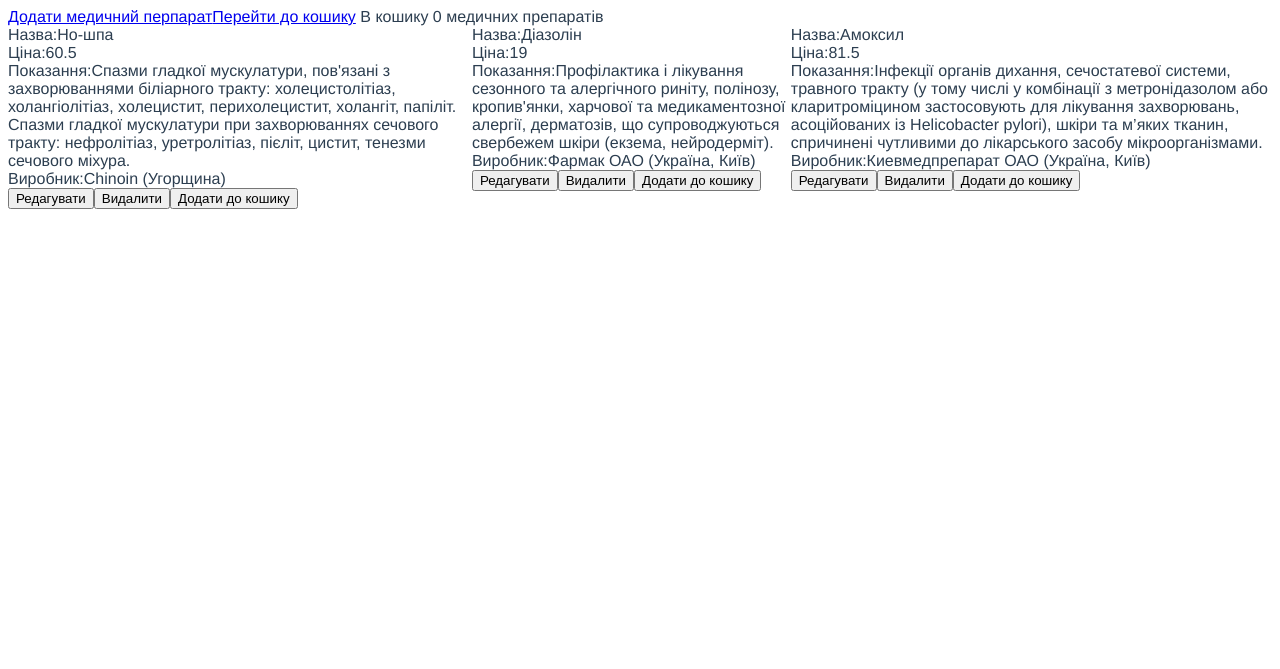
Repository: kristinap8/pharmacy
Page: /
The author's editor kept a copy of each file at every save. The page is drawn from the files as they stood at one save, then again after the next save.
The browser window is 1280 px wide. The pictures show the whole page.
The project was rebuilt for these pictures with package versions that can differ from the ones it lists, and the page was loaded fresh each time. Also part of the build but not shown: src/components/AddMedicineForm/index.vue, src/pages/AddMedicine/index.vue, src/components/EditMedicineForm/index.vue, src/pages/EditMedicine/index.vue, src/components/CartForm/index.vue, src/pages/Cart/index.vue.

Above is the page before, as saved 2020-12-10 01:21:43.

After the next save:
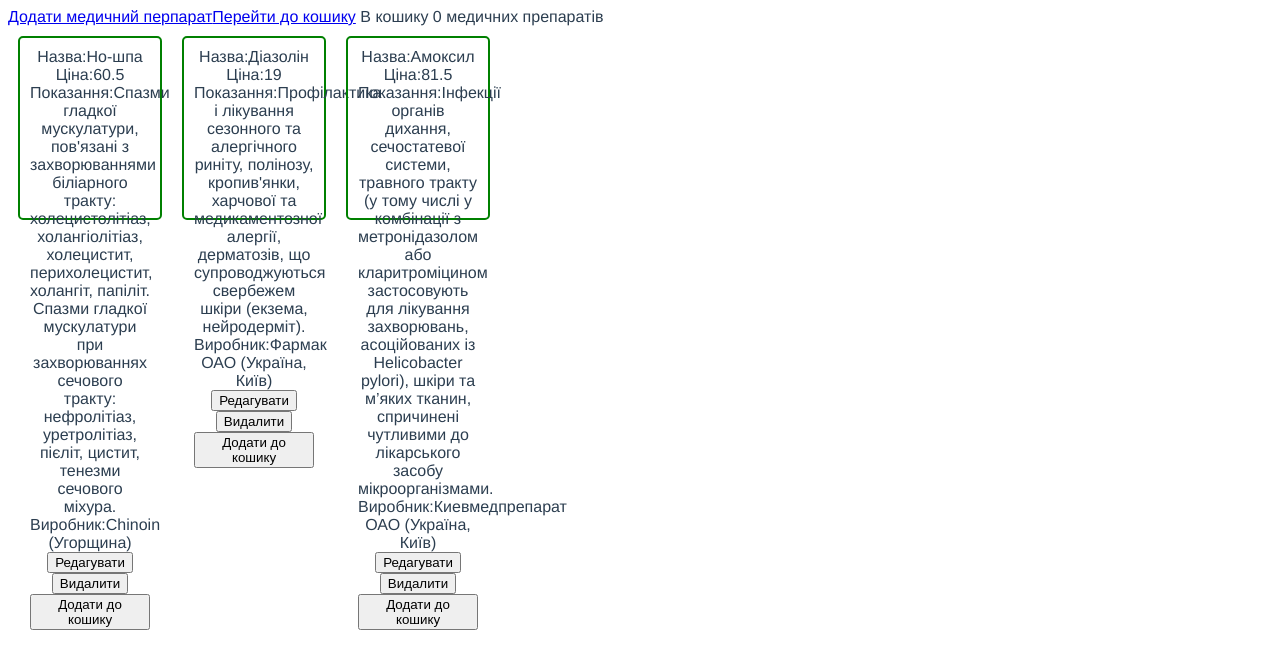
Saved 8 min 22 s later.
--- a/src/components/MedicinesList/MedicineCard/index.vue
+++ b/src/components/MedicinesList/MedicineCard/index.vue
@@ -56,5 +56,13 @@ import { mapActions } from 'vuex'
 </script>
 
 <style lang="scss" scoped>
-
+.card-container{
+  width: 120px;
+  height: 160px;
+  border: 2px solid green;
+  border-radius: 5px;
+  padding: 10px;
+  margin: 10px;
+  text-align: center;
+}
 </style>
